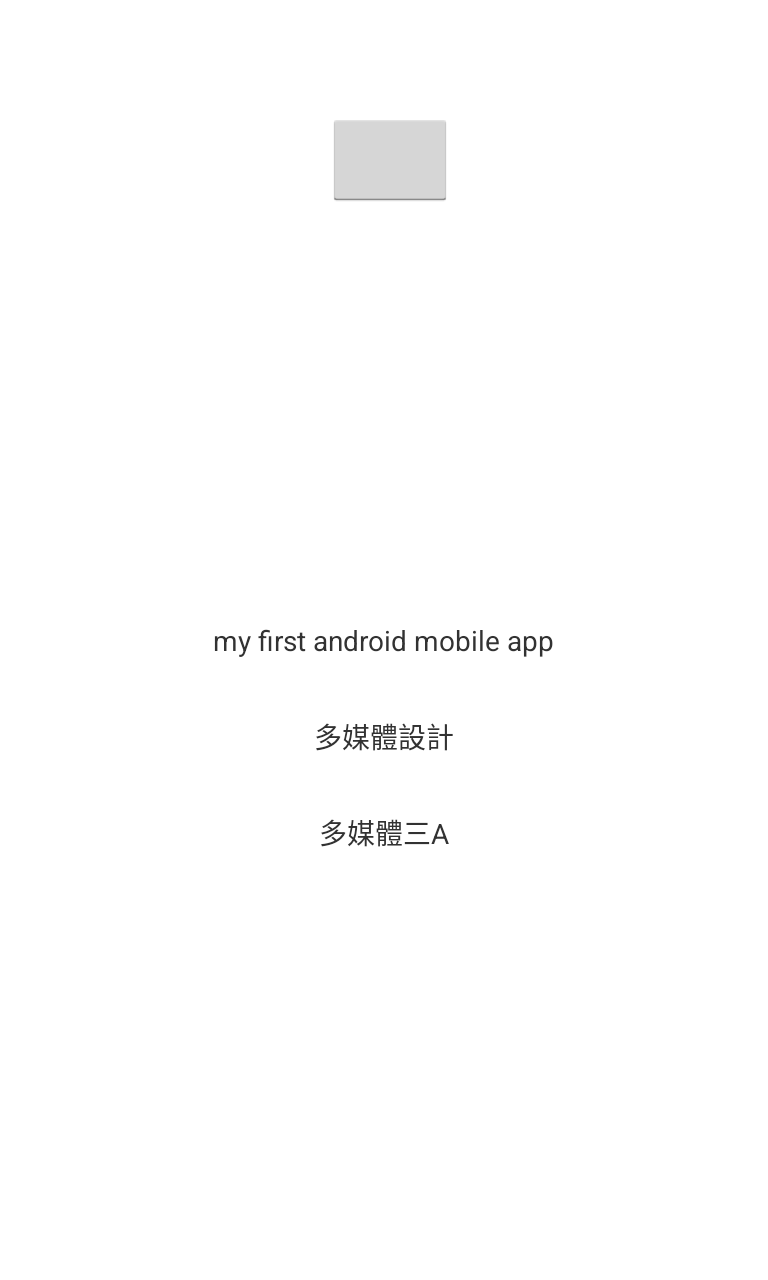
Repository: ericluo1123/myAndroidCode
Layout: myAndroidProject/res/layout/activity_main.xml
These files come from the project's save history. The layout is drawn as it stood at one moment and after the next save; the edit follows.
It is drawn on a 768 x 1280 px phone screen (xhdpi) without system bars, with theme AppTheme; the app's code is not run.

Above is the layout before, as saved 2014-09-25 07:59:48.

After the next save:
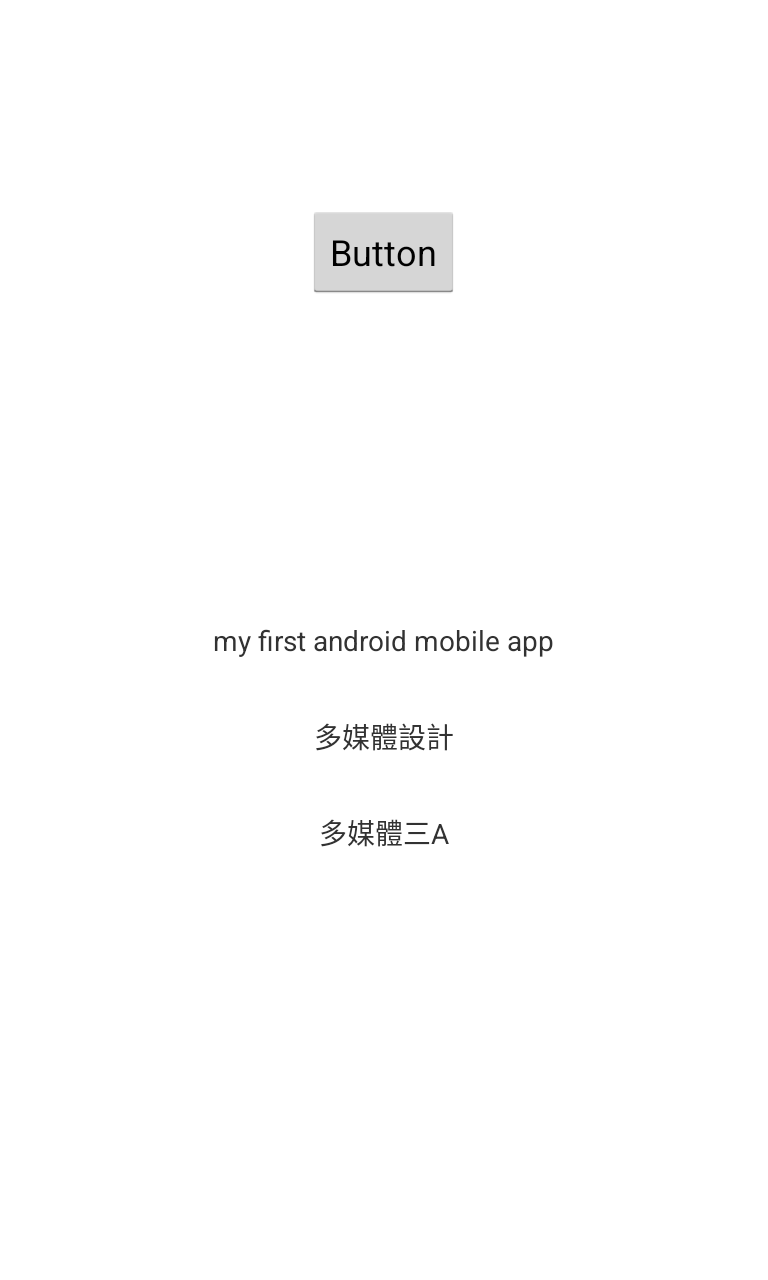
Saved 1 s later.
--- a/myAndroidProject/res/layout/activity_main.xml
+++ b/myAndroidProject/res/layout/activity_main.xml
@@ -39,7 +39,8 @@
         android:layout_width="wrap_content"
         android:layout_height="wrap_content"
         android:layout_alignParentTop="true"
-        android:layout_alignRight="@+id/textView1"
-        android:layout_marginTop="40dp" />
+        android:layout_centerHorizontal="true"
+        android:layout_marginTop="86dp"
+        android:text="Button" />
 
 </RelativeLayout>
